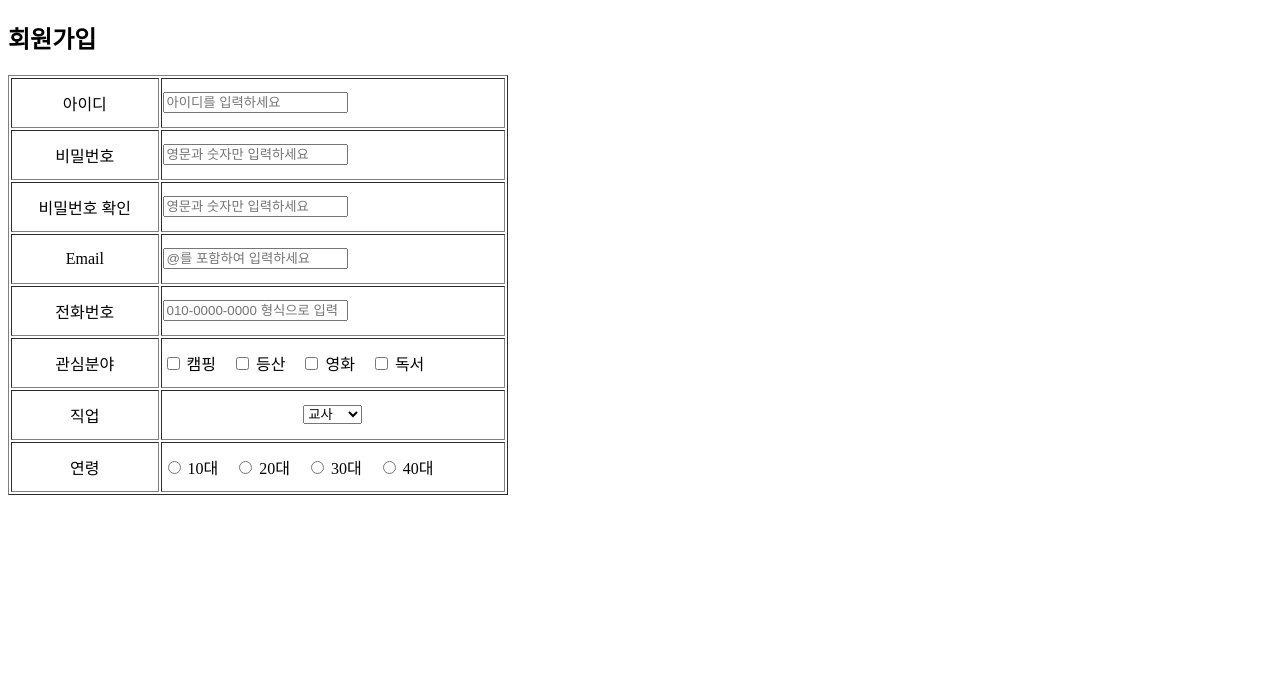
Repository: junirang330/Jsp2026
Page: http://localhost/chapter01/Request/Requestjoin.jsp
These files come from the project's save history. The page is drawn as it stood at one moment and after the next save; the edit follows.
The browser window is 1280 px wide. The pictures show the whole page.
The page is served by Tomcat 9.

Above is the page before, as saved 2026-10-19 06:48:02.

### chapter01/src/main/webapp/Request/Requestjoin.jsp
<%@ page language="java" contentType="text/html; charset=UTF-8"
    pageEncoding="UTF-8" import = "java.util.*" %>
<!DOCTYPE html>
<html>
<head>
<meta charset="UTF-8">
<title>회원가입</title>
</head>
<body>
	<div class="container02">
		<h2>회원가입</h2>
		<form action="RequestjoinProc.jsp" method = "post">
			<table width="500" border="1">
				<tr height = "50">
					<td align = "center" width = "150">아이디</td>
					<td width = "350">
						<input type = "text" name = "id" placeholder = "아이디를 입력하세요"/>
					</td>
				</tr>
				<tr height = "50">
					<td align = "center" width = "150">비밀번호</td>
					<td width = "350">
						<input type = "password" name = "pass" placeholder = "영문과 숫자만 입력하세요"/>
					</td>

				</tr>
				<tr height = "50">
					<td align = "center" width = "150">비밀번호 확인</td>
					<td width = "350">
						<input type = "password" name = "passchk" placeholder = "영문과 숫자만 입력하세요"/>
					</td>
				</tr>
				<tr height = "50">
					<td align = "center" width = "150">Email</td>
					<td width = "350">
						<input type = "email" name = "email" placeholder = "@를 포함하여 입력하세요"/>
					</td>
				</tr>
				<tr height = "50">
					<td align = "center" width = "150">전화번호</td>
					<td width = "350">
						<input type = "tel" name = "tel" placeholder = "010-0000-0000 형식으로 입력"/>
					</td>
				</tr>
				<tr height = "50">
					<td align = "center" width = "150">관심분야</td>
					<td width = "350">
						<input type = "checkbox" name = "hobby" value = "캠핑" id ="camping"/>
						<label for="camping">캠핑</label> &nbsp;&nbsp;
						<input type = "checkbox" name = "hobby" value = "등산" id ="mount"/>
						<label for="mount">등산</label> &nbsp;&nbsp;
						<input type = "checkbox" name = "hobby" value = "영화" id ="movie"/>
						<label for="movie">영화</label> &nbsp;&nbsp;
						<input type = "checkbox" name = "hobby" value = "독서" id ="book"/>
						<label for="book">독서</label> &nbsp;&nbsp;
					</td>
				</tr>
				<tr height="50">
					<td width="150" align = "center">직업</td>
					<td width="350" align = "center">
						<select name = "job">
							<option value="교사">교사</option>
							<option value="변호사">변호사</option>
							<option value="의사">의사</option>
							<option value="기술사">기술사</option>
						</select>
					</td>
				</tr>
				<tr height = "50">
					<td align = "center" width = "150">연령</td>
					<td width = "350">
						<input type = "radio" name = "age" value = "10대" id ="teenage"/>
						<label for="teenage">10대</label> &nbsp;&nbsp;
						<input type = "radio" name = "age" value = "20대" id ="twenty"/>
						<label for="twenty">20대</label> &nbsp;&nbsp;
						<input type = "radio" name = "age" value = "30대" id ="thirty"/>
						<label for="thirty">30대</label> &nbsp;&nbsp;
						<input type = "radio" name = "age" value = "40대" id ="forty"/>
						<label for="forty">40대</label> &nbsp;&nbsp;
					</td>
				</tr>

			</table>
		</form>
	</div>

</body>
</html>

After the next save:
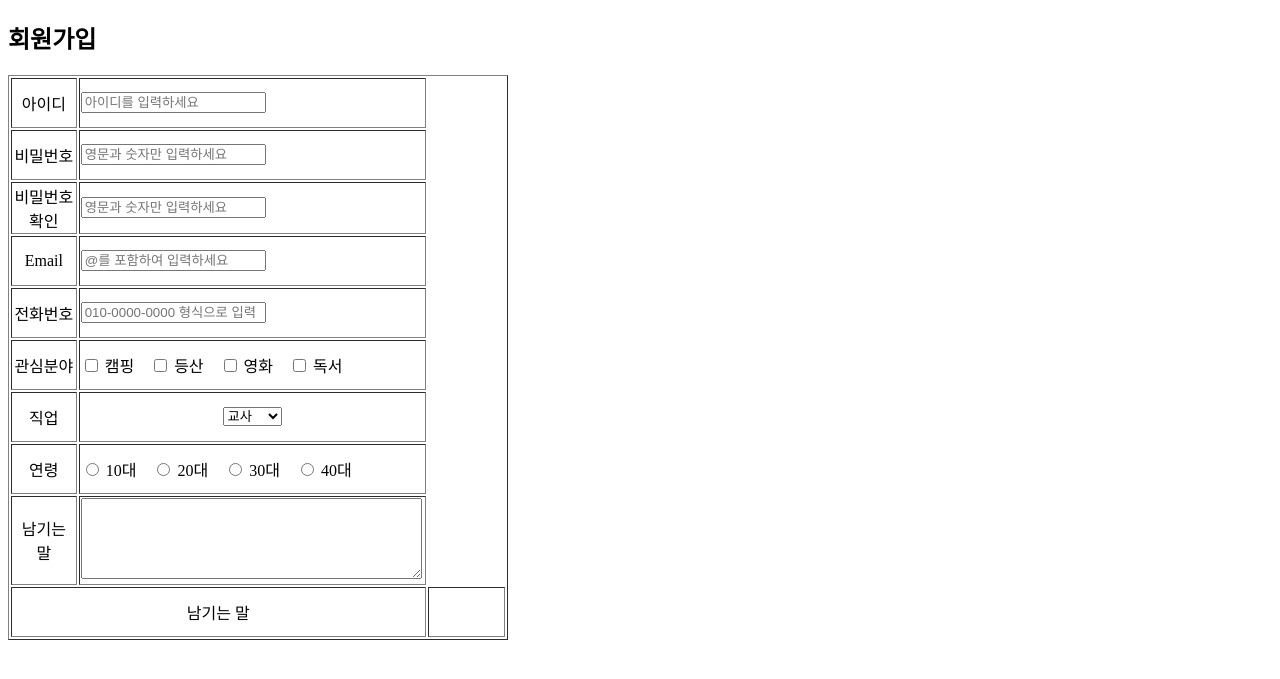
Saved 2 min 32 s later.
--- a/chapter01/src/main/webapp/Request/Requestjoin.jsp
+++ b/chapter01/src/main/webapp/Request/Requestjoin.jsp
@@ -79,7 +79,18 @@
 						<label for="forty">40대</label> &nbsp;&nbsp;
 					</td>
 				</tr>
+				<tr height = "50">
+					<td align = "center" width = "150">남기는 말</td>
+					<td width = "350">
+						<textarea rows="5" cols="40" name = "info"></textarea>
+					</td>
+				</tr>
+				<tr height = "50">
+					<td colspan = "2" align = "center">남기는 말</td>
+					<td width = "350">
 
+					</td>
+				</tr>
 			</table>
 		</form>
 	</div>
